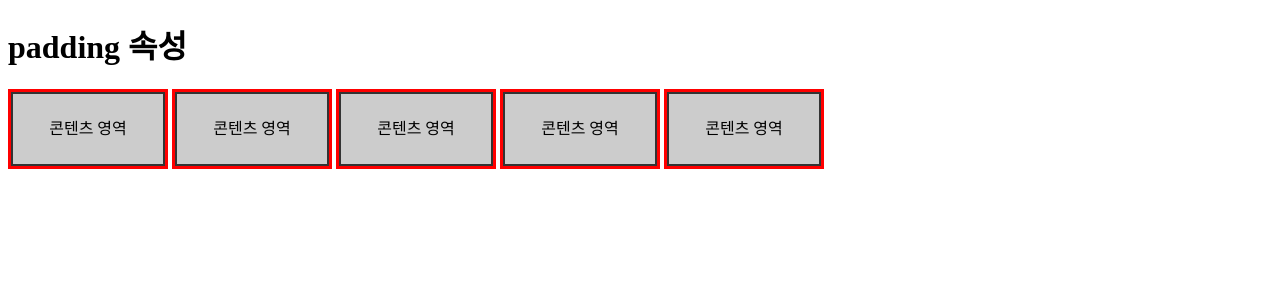
Repository: cussip/SuperHands
Page: WebExam/src/main/webapp/css/box_model/padding.html
These files come from the project's save history. The page is drawn as it stood at one moment and after the next save; the edit follows.
The browser window is 1280 px wide. The pictures show the whole page.

Above is the page before, as saved 2022-01-31 04:29:10.

### WebExam/src/main/webapp/css/box_model/padding.html
<!DOCTYPE html>
<html>
<head>
	<meta charset="UTF-8">
	<title>padding.html</title>
	<style>
		div {
			display: inline-block;
			background: #CCC;
			border: #F00 solid 3px;
		}
		p {
			margin: 0px;
			width: 150px;
			height: 70px;
			border: #333 solid 2px;
			text-align: center;
			line-height: 70px;
			vertical-align: middle;
		}
	</style>
</head>
<body>
	<!-- content 영역과 border 사이의 안쪽 여백을 지정한다. -->
	<h1>padding 속성</h1>
	<div class="padding01">
		<p>콘텐츠 영역</p>
	</div>
	<div class="padding02">
		<p>콘텐츠 영역</p>
	</div>
	<div class="padding03">
		<p>콘텐츠 영역</p>
	</div>
	<div class="padding04">
		<p>콘텐츠 영역</p>
	</div>
	<div class="padding05">
		<p>콘텐츠 영역</p>
	</div>
</body>
</html>

After the next save:
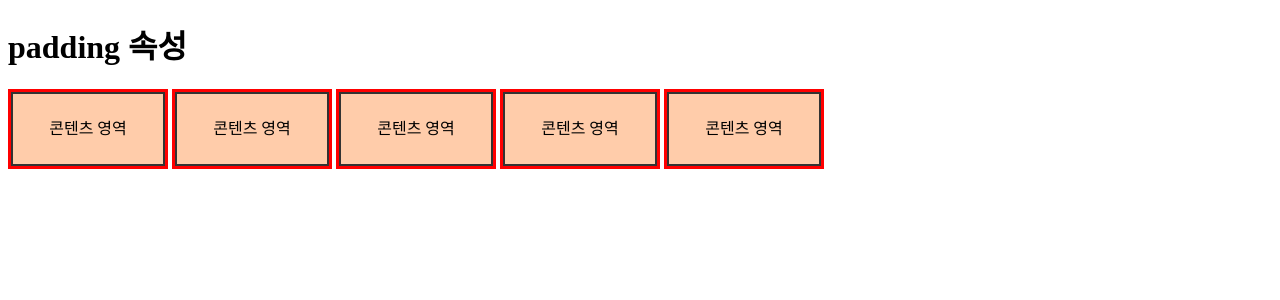
Saved 19 s later.
--- a/WebExam/src/main/webapp/css/box_model/padding.html
+++ b/WebExam/src/main/webapp/css/box_model/padding.html
@@ -17,6 +17,7 @@
 			text-align: center;
 			line-height: 70px;
 			vertical-align: middle;
+			background: #FFCCAA;
 		}
 	</style>
 </head>
